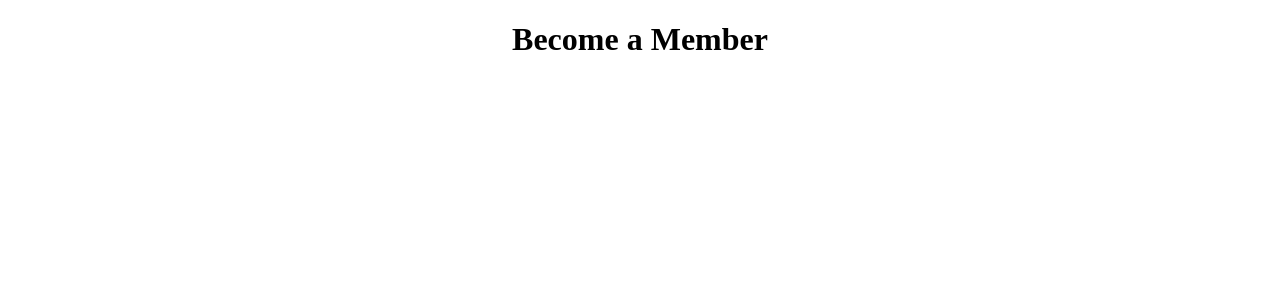
Repository: kjungyoun/Web_Study_2021
Page: homework_front/WebContent/0302/0302.html
These files come from the project's save history. The page is drawn as it stood at one moment and after the next save; the edit follows.
The browser window is 1280 px wide. The pictures show the whole page.

Above is the page before, as saved 2021-03-02 08:39:01.

### homework_front/WebContent/0302/0302.html
<!DOCTYPE html>
<html>
<head>
<meta charset="UTF-8">
<title>Become a Member</title>
</head>
<body>
<header>
	<h1 align="center">
		Become a Member
	</h1>
</header>
<form action="index.html">

</form>
</body>
</html>

After the next save:
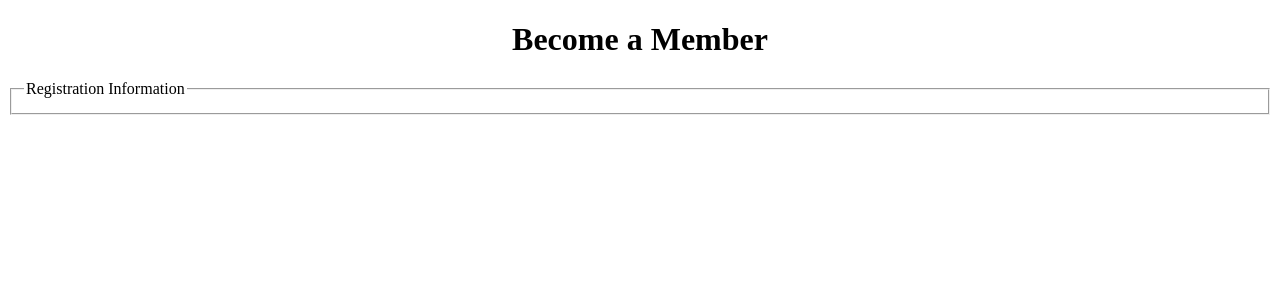
Saved 2 min 51 s later.
--- a/homework_front/WebContent/0302/0302.html
+++ b/homework_front/WebContent/0302/0302.html
@@ -11,7 +11,9 @@
 	</h1>
 </header>
 <form action="index.html">
-
+	<fieldset>
+		<legend>Registration Information</legend>
+	</fieldset>
 </form>
 </body>
 </html>
